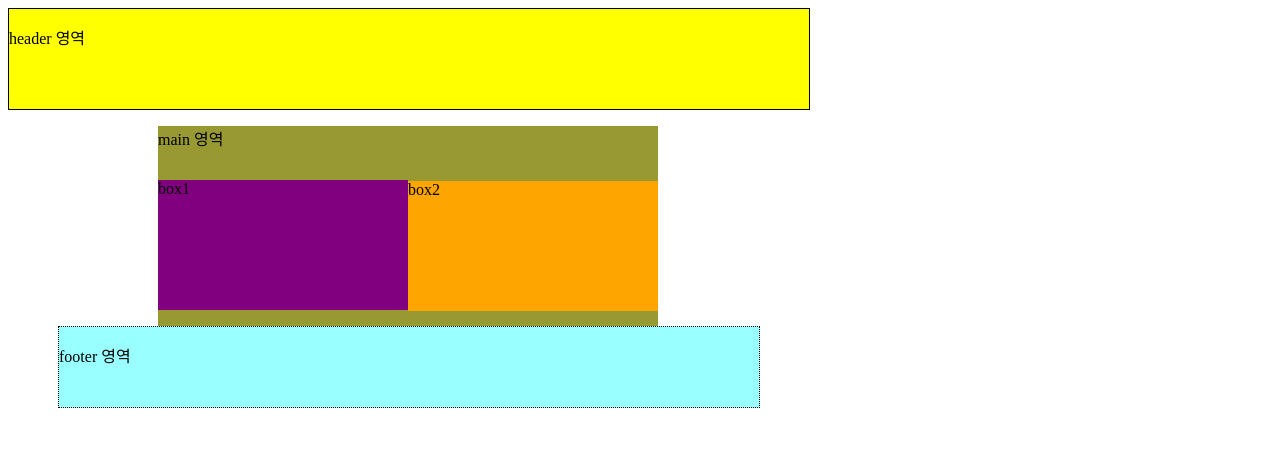
Repository: Seokho96/CSSPractice
Page: css/work01/WebContent/mainheader.html
An editor plug-in stored every save of this project. The page is shown before and after the next save, followed by the edit.
The browser window is 1280 px wide. The pictures show the whole page.

Above is the page before, as saved 2020-07-13 07:41:15.

### css/work01/WebContent/mainheader.html
<!DOCTYPE html>
<html>
<head>
<meta charset="UTF-8">
<title>Insert title here</title>

<style type="text/css">
header{
   width: 800px;
   height: 100px;
   border: 1px solid black;
   background-color: yellow;

}
main{
   width: 500px;
   height: 200px;
   background-color: #999933;
   margin-left: 150px;
}
 .box1{
   width: 250px;
   height:130px;
   background-color: orange;
   margin-top: 15px;
   float: right;
}
.box2{
   width: 250px;
   height:130px;
   background-color: purple;
   margin-top: 30px;
}
footer{
   width: 700px;
   height: 80px;
   background-color: #99FFFF;
   border : 1px dotted black;
   margin-left: 50px;


}
</style>
</head>
<body>
<header><p>header 영역</p></header>

<main>
<p>main 영역</p>
<div class="box1">box2</div>
<div class="box2">box1</div>
</main>

<footer><p>footer 영역</p> </footer>

</body>
</html>

After the next save:
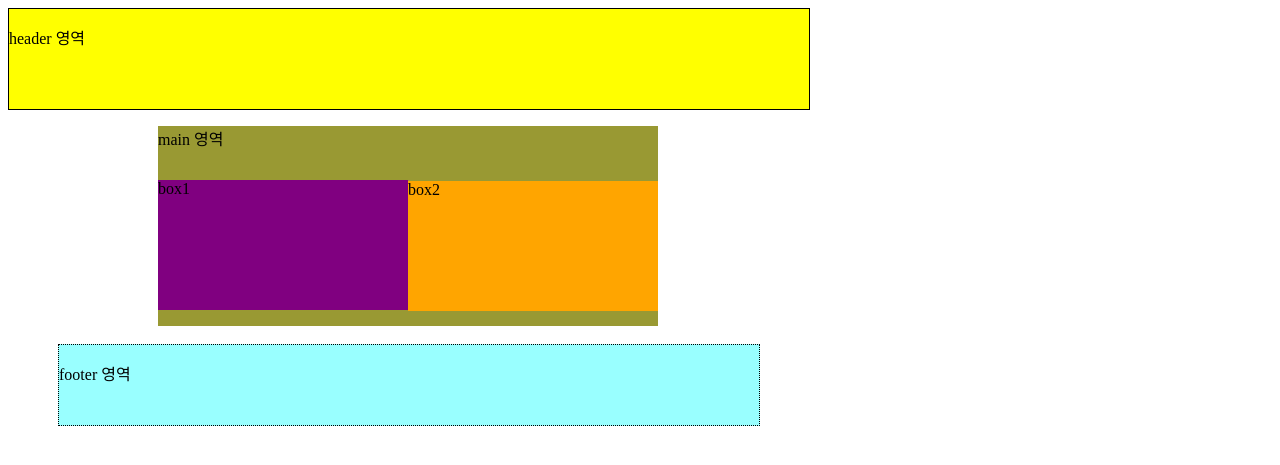
Saved 22 s later.
--- a/css/work01/WebContent/mainheader.html
+++ b/css/work01/WebContent/mainheader.html
@@ -49,7 +49,7 @@
 <p>main 영역</p>
 <div class="box1">box2</div>
 <div class="box2">box1</div>
-</main>
+</main><br>
 
 <footer><p>footer 영역</p> </footer>
 
